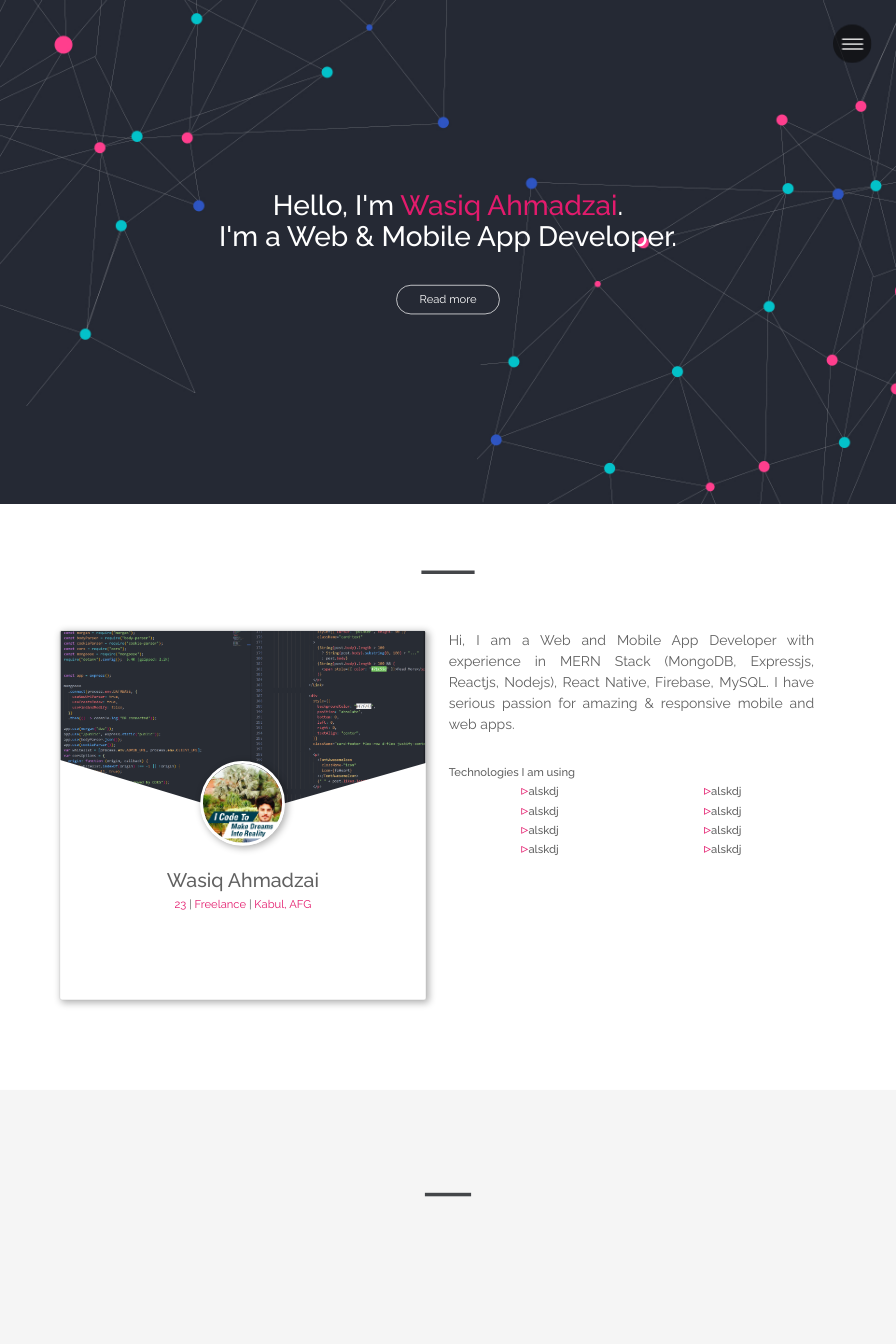
Repository: wasiqkhan/wasiqkhan.github.io
Page: index.html
These files come from the project's save history. The page is drawn as it stood at one moment and after the next save; the edit follows.
The browser window is 1280 px wide. The pictures show the part of the page from y = 0 to 1920 px (the page is 5002 px tall), at 70% of full size.
Some web fonts or font styles are not loaded; a fallback is used.

Above is the page before, as saved 2020-11-06 17:48:12.
Not found: js/all.js
Not found: js/app.js
Not found: js/particles.js

After the next save:
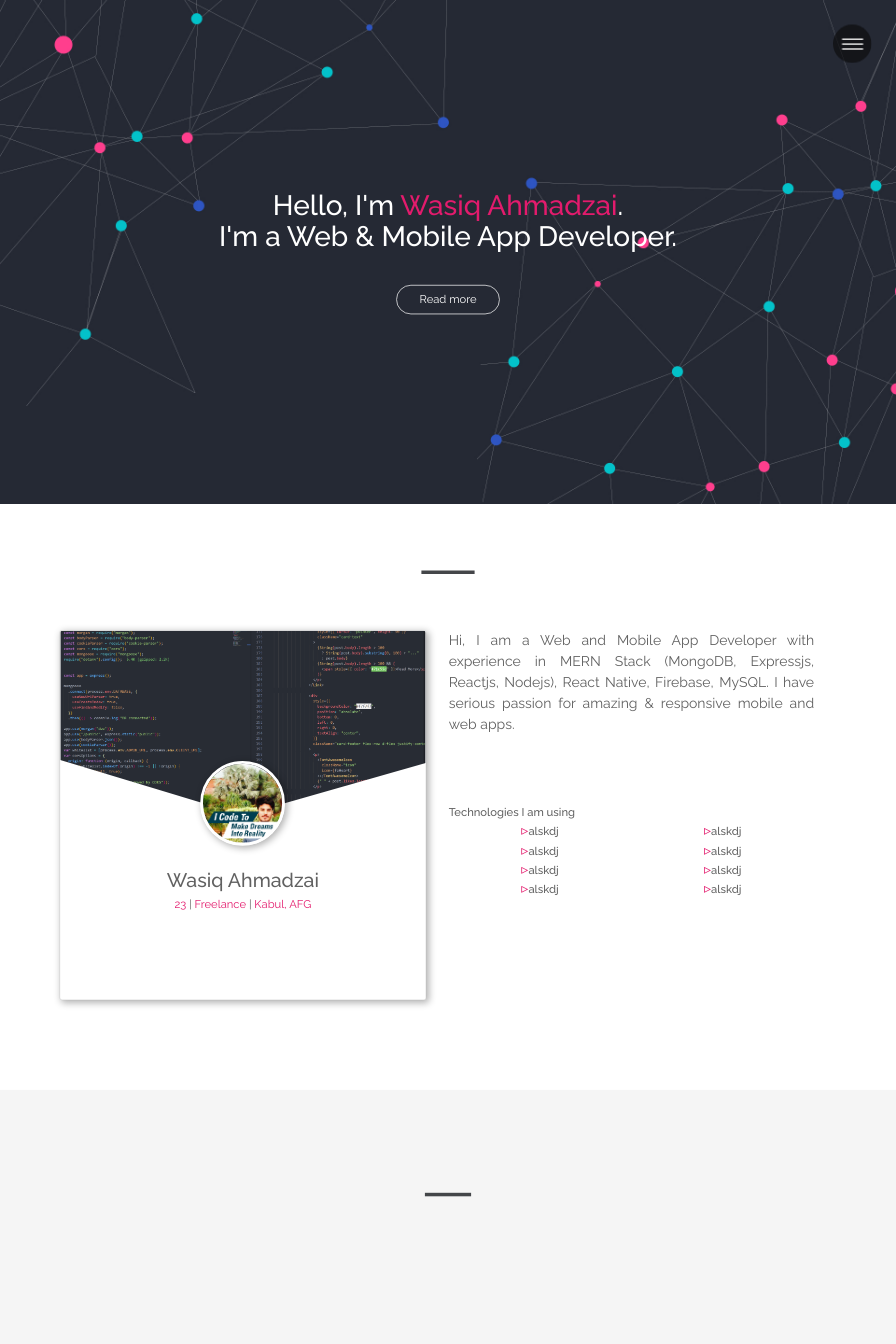
Saved 52 s later.
--- a/index.html
+++ b/index.html
@@ -209,9 +209,7 @@
 
 
 
-<div>
-          <a href="#contact" class="hire-me">Hire Me</a>
-        </div>
+
 
       </div>
 
